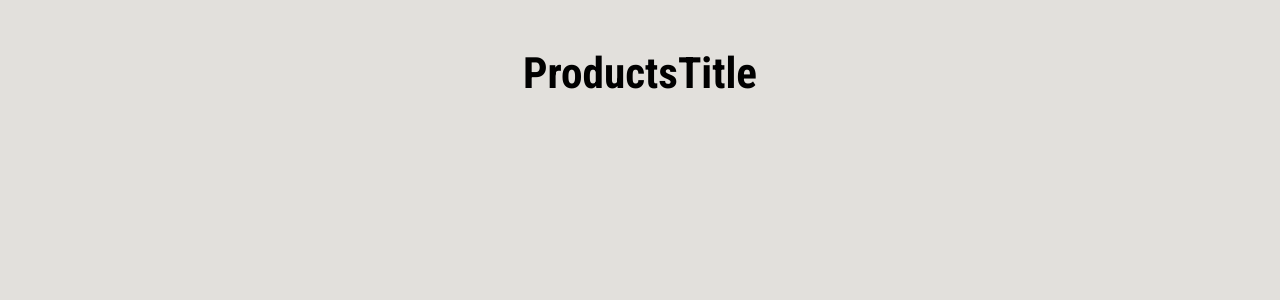
Repository: omarpervezz/dummyshoping-cart
Page: /
These files come from the project's save history. The page is drawn as it stood at one moment and after a run of saves; the edit follows.
The browser window is 1280 px wide. The pictures show the whole page.
The page's requests for data from a server got no answer. The project was rebuilt for these pictures with package versions that can differ from the ones it lists, and the page was loaded fresh each time. No one was signed in, and anything a server would have sent is missing.

Above is the page before, as saved 2022-08-26 12:09:03.

### src/index.js
import React from "react";
import ReactDOM from "react-dom/client";
import App from "./comp/App";
const root = ReactDOM.createRoot(document.getElementById("root"));
root.render(
  <React.StrictMode>
    <App />
  </React.StrictMode>
);

### src/comp/App.js
import "../styles/App.css";
import Product from "./Product";
import { ProductsTitle } from "./ProductsTitle";
function App() {
  return (
    <div className="App">
      <ProductsTitle />
      <Product />
    </div>
  );
}

export default App;

### src/styles/App.css
@import url("https://fonts.googleapis.com/css2?family=Open+Sans:wght@300;400;500;600;800&family=Roboto+Condensed:ital,wght@0,300;0,400;0,700;1,400&family=Roboto:ital,wght@0,100;0,400;0,500;1,300&display=swap");
body {
  margin: 0;
  padding: 0;
  box-sizing: border-box;
  font-family: "Open Sans", sans-serif;
  font-family: "Roboto", sans-serif;
  font-family: "Roboto Condensed", sans-serif;
  background: rgb(195 191 182 / 47%);
}
h1,
h2,
h3,
h4,
h5,
h6 {
  margin: 0;
  padding: 0;
}
.d-flex-row {
  display: flex;
  flex-direction: row;
  justify-content: space-between;
  align-items: center;
}
.d-flex-column {
  display: flex;
  flex-direction: column;
}
h2 {
  font-size: 2.7rem;
  padding: 1rem 2vw;
  text-align: center;
  margin: 2rem 0;
}

### src/comp/Product.js
import React, { useEffect, useReducer } from "react";
import { initialValue, reducer } from "../reducer/reducer";
import productcss from "../styles/ProductsCSS/Product.module.css";
const Product = () => {
  const [states, dispatch] = useReducer(reducer, initialValue);

  useEffect(() => {
    const fetchData = () => {
      fetch("https://dummyjson.com/products")
        .then((res) => res.json())
        .then((data) => {
          dispatch({
            type: "Products_list",
            productsList: data.products,
          });
        });
    };

    return () => fetchData();
  }, [dispatch]);

  return (
    <>
      <div className={`${productcss.grid_container}`}>
        {states.products &&
          states.products.map((doc) => {
            return (
              <div key={doc.id} className={`${productcss.box_container}`}>
                <div className={`${productcss.title_container}`}>
                  <h3>{doc.title}</h3>
                </div>
                <div className={`${productcss.img_container}`}>
                  <img src={doc.thumbnail} alt="thumbnail" />
                </div>
                <div className={`${productcss.description_container}`}>
                  <article>{doc.description}</article>
                </div>
                <div className={`${productcss.price_container}  d-flex-row`}>
                  <div className="current_price">
                    <p>
                      <b>price:</b> ${doc.price}
                    </p>
                  </div>
                  <div className="discount_price">
                    <p>
                      <b>discount:</b> {doc.discountPercentage}%
                    </p>
                  </div>
                </div>
                <div className={`${productcss.stock__rating} d-flex-row`}>
                  <div className="stock">
                    <p>
                      <b>stock:</b> {doc.stock}
                    </p>
                  </div>
                  <div className="ratings">
                    <b>ratings:</b> {doc.rating}
                  </div>
                </div>
                <div className={`${productcss.info_brand} d-flex-row`}>
                  <div className="brandName">
                    <span>
                      <b>brand:</b> {doc.brand}
                    </span>
                  </div>
                  <div className="category">
                    <span>
                      <b>category:</b> {doc.category}
                    </span>
                  </div>
                </div>
                <div className={`${productcss.button_container}`}>
                  <button type="button" className="cart_btn">
                    cart item
                  </button>
                  <button type="button" className="remove_cart">
                    remove item
                  </button>
                </div>
              </div>
            );
          })}
      </div>
    </>
  );
};

export default Product;

### src/comp/ProductsTitle.js
import React from "react";

export const ProductsTitle = () => {
  return (
    <div>
      <h2>ProductsTitle</h2>
    </div>
  );
};

### src/reducer/reducer.js
const initialValue = {
  products: [],
};

const reducer = (state, action) => {
  switch (action.type) {
    case "Products_list":
      return { ...state, products: action.productsList };
    default:
      break;
  }
};

export { initialValue, reducer };

### src/styles/ProductsCSS/Product.module.css
.grid_container {
  width: 100%;
  display: grid;
  grid-template-columns: repeat(3, auto);
  align-content: center;
  justify-content: center;
  grid-gap: 29px;
}
.grid_container .box_container {
  width: 417px;
  height: 540px;
  background: #ffffff;
  overflow: hidden;
  display: flex;
  flex-direction: column;
  padding: 1vh 1vw;
  box-shadow: 5px 7px 10px rgb(0 0 0 / 50%);
  border-radius: 0.2rem;
}

.grid_container .box_container .title_container h3 {
  font-size: 1.2rem !important;
  margin-top: 1rem;
}
.grid_container .img_container {
  text-align: center;
}
.grid_container .img_container img {
  width: 57%;
  object-fit: cover;
  height: 15rem;
  margin: 0.8rem 0;
}
.grid_container .box_container .description_container article {
  color: #171616;
  line-height: 22px;
  font-size: 1.1rem;
  margin: 1rem 0;
}
.grid_container .box_container .price_container {
  margin-bottom: -1.5rem;
}
.grid_container .box_container .stock__rating {
  margin-bottom: -0.6rem;
}

Loaded but not shown: public/index.html (common file)

After the next 2 saves:
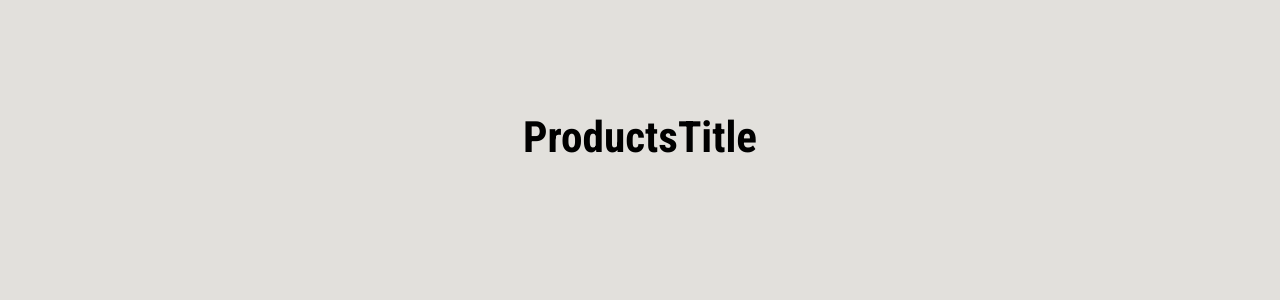
The 2 saves are shown as one change because they came seconds apart.
The last was saved 44 s later.
--- a/src/styles/App.css
+++ b/src/styles/App.css
@@ -7,6 +7,7 @@ body {
   font-family: "Roboto", sans-serif;
   font-family: "Roboto Condensed", sans-serif;
   background: rgb(195 191 182 / 47%);
+  padding: 4rem 0;
 }
 h1,
 h2,
